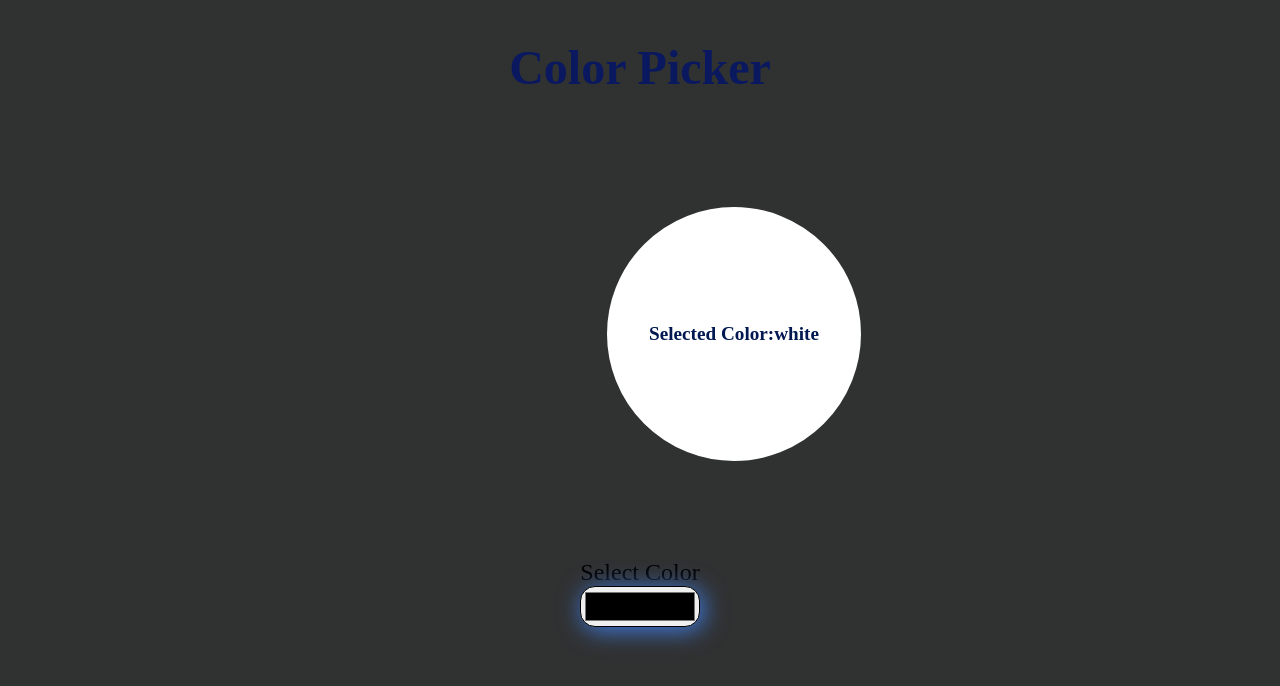
Repository: rkrukshan/Color-Picker--React-
Page: /
The author's editor kept a copy of each file at every save. The page is drawn from the files as they stood at one save, then again after the next save.
The browser window is 1280 px wide. The pictures show the whole page.
The project was rebuilt for these pictures with package versions that can differ from the ones it lists, and the page was loaded fresh each time. Also part of the build but not shown: vite.config.js.

Above is the page before, as saved 2024-07-21 18:58:13.

### src/App.jsx
import ColorPicker from "./ColorPicker"

function App() {

  return (
    <>
    <ColorPicker/>
    </>
  )

}

export default App

### src/index.css
body{
  background-color:rgb(48, 49, 49);
}
.cp-container {
  text-align: center;
  display: grid;
  align-items:center;
  justify-content: center;
}
.heading {
  color: rgb(10, 25, 95);
  font-size: 3em;
}
.color-pad {
  margin-top: 5em;
  margin-left: 11.75em;
  margin-bottom: 5em;
  height: 250px;
  width: 250px;
  display: flex;
  justify-content: center;
  align-items: center;
  border:2px solid rgb(255, 255, 255);
  border-radius: 50%;
  transition: .25s;
}
.selectedlabel
{
  font-size: larger;
  font-weight: bolder;
  color:rgb(1, 24, 81);
}
.selectlabel{
font-size: 1.5em;
}
.colorpicker{
  width: 9em;
  height: 41px;
  border-radius:15px;
  box-shadow: 3px 3px 25px rgb(65, 127, 234);
  transition: 11s;
}

### src/ColorPicker.jsx
import { useState } from "react";

function ColorPicker() {
  const [color, setColor] = useState("white");

  function updateColor(event) {
    setColor(event.target.value);
  }
  return (
    <div className="cp-container">
      <h1 className="heading">Color Picker</h1>
      <div className="color-pad" style={{ backgroundColor: color }}>
        <label htmlFor="cp" className="selectedlabel">
          Selected Color:{color}
        </label>
      </div>
      <br />
      <div className="btncp">
        <label htmlFor="scp" className="selectlabel">
          Select Color
        </label>
        <br />
        <input
          type="color"
          value={color}
          onChange={updateColor}
          className="colorpicker"
        />
      </div>
    </div>
  );
}
export default ColorPicker;

Loaded but not shown: index.html (common file); src/main.jsx (common file)

After the next save:
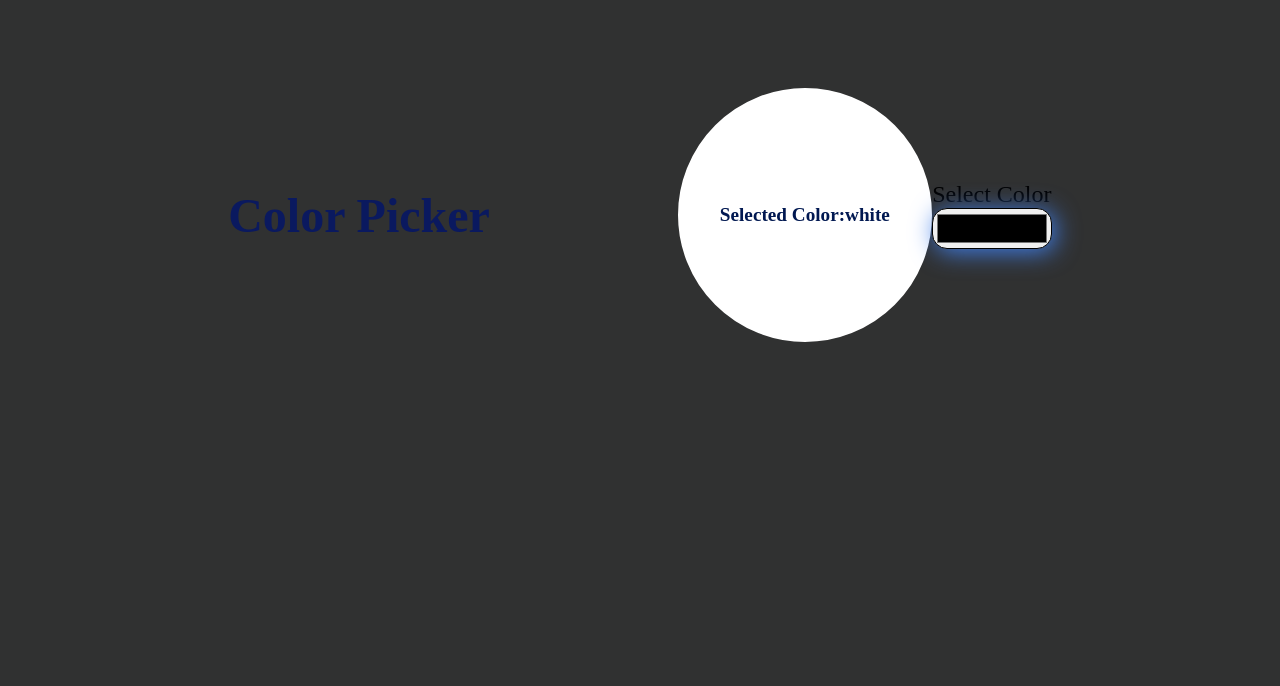
Saved 33 s later.
--- a/src/index.css
+++ b/src/index.css
@@ -3,7 +3,7 @@
 }
 .cp-container {
   text-align: center;
-  display: grid;
+  display: flex;
   align-items:center;
   justify-content: center;
 }

After the save that followed:
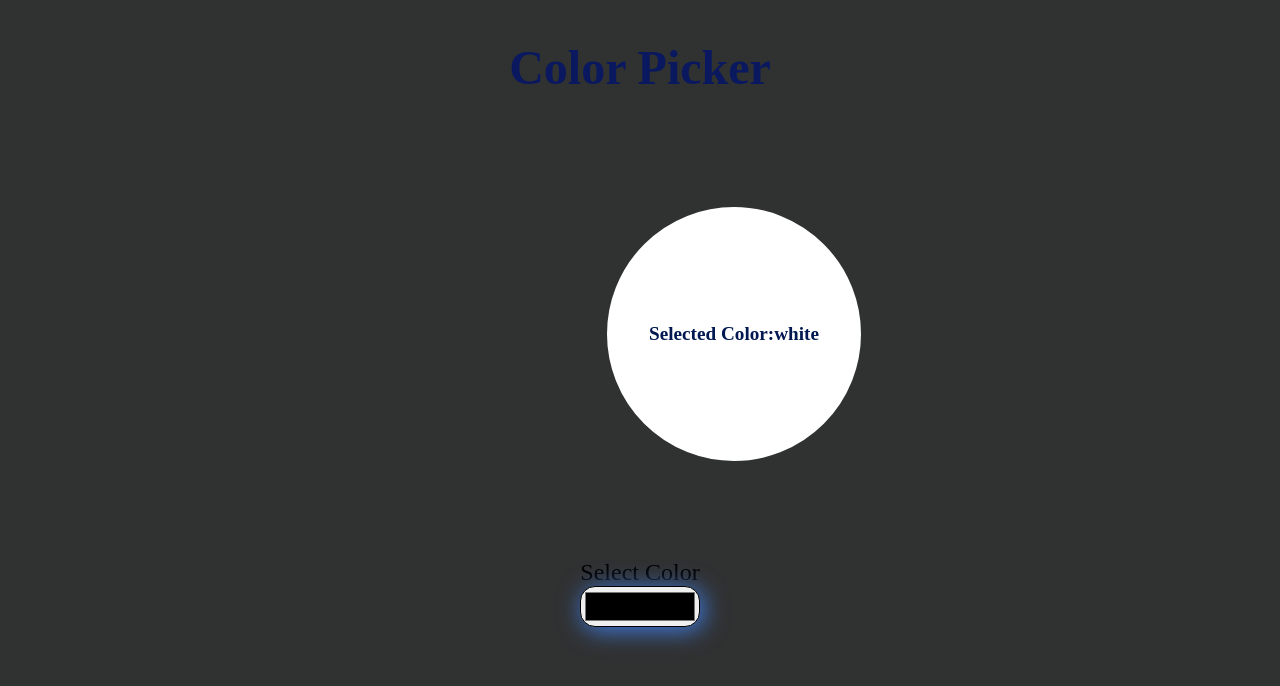
Saved 5 s later.
--- a/src/index.css
+++ b/src/index.css
@@ -3,7 +3,7 @@
 }
 .cp-container {
   text-align: center;
-  display: flex;
+  display: grid;
   align-items:center;
   justify-content: center;
 }
